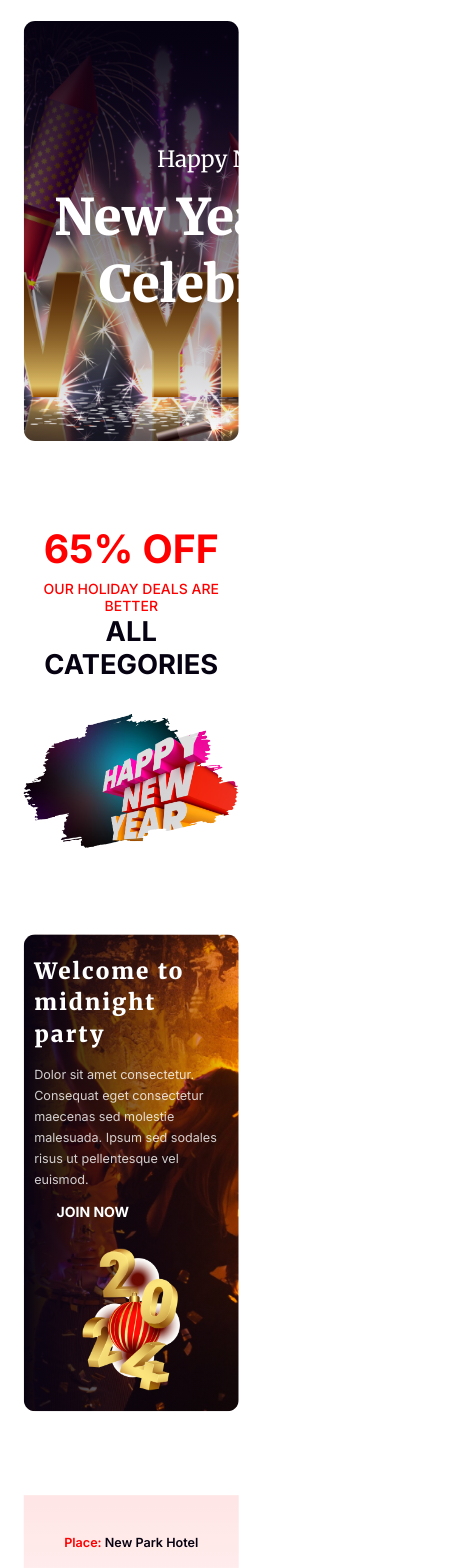
Repository: ShouravAhammed/simple-responsive-new-year
Page: index.html
These files come from the project's save history. The page is drawn as it stood at one moment and after the next save; the edit follows.
The browser window is 375 px wide. The page is 666 px wide, so the pictures cover 666 px, including what lies to the right of the window. The pictures show the part of the page from y = 0 to 2240 px (the page is 9349 px tall), at 70% of full size.

Above is the page before, as saved 2024-01-11 17:08:12.

### index.html
<!DOCTYPE html>
<html lang="en">
<head>
    <meta charset="UTF-8">
    <meta name="viewport" content="width=device-width, initial-scale=1.0">
    <!-- Title  -->
    <title>New Year 2024</title>
    <!-- favicon icon linked -->
    <link rel="shortcut icon" href="images/New Year Photo.png" type="image/x-icon">
    <!-- style css linked-->
    <link rel="stylesheet" href="Style/style.css">
</head>
<body>
    <!-- header part  -->
    <header>
        <!-- banner section part -->
        <section id="banner">
            <div class="container">
                <div class="banner-container">
                    <div class="banner-content">
                        <h3 class="celebration">Happy New Year</h3>
                        <h2 class="banner-title">New Year Party Celebration</h2>
                    </div>
                </div>
            </div>
        </section>
    </header>
    <!-- main part -->
    <main>
        <!-- categories section part  -->
            <section id="categories">
                <div class="container">
                    <div class="categories-container">
                        <h2 class="categories-discount">65% OFF</h2>
                        <p class="primary-summery">OUR HOLIDAY DEALS ARE BETTER</p>
                        <h3 class="categories-title">ALL CATEGORIES</h3>
                        <div class="categories-img">
                            <img id="new-year-img" src="images/New Year Photo.png" alt="Happy New Year">
                        </div>
                    </div>
                </div>
            </section>

            <!-- party-banner section part -->
            <section id="party-banner">
                <div class="container">
                    <div class="party-container">
                        <div class="party-content">
                            <h2 class="party-title">Welcome to midnight party</h2>
                            <p class="party-description">Dolor sit amet consectetur. Consequat eget consectetur maecenas sed molestie malesuada. Ipsum sed sodales risus ut pellentesque vel euismod. </p>
                            <button id="join-now-btn">JOIN NOW</button>
                        </div>
                        <img class="party-img" src="images/icon/Group 70.png" alt="party-img">
                    </div>
                </div>
            </section>
            <!-- Announce section part -->
            <section id="announce">
                <div class="container">
                    <div class="announce-content">
                        <h4 class="announce-title"><span class="title-color">Place:</span> New Park Hotel</h4>
                        <h4 class="announce-title"><span class="title-color">Date:</span> 31 December Night 2023</h4>
                        <h4 class="announce-title"><span class="title-color">Time:</span> Evening 7.30 pm to 12.30 am</h4>
                        <button class="announce-btn">Join Now</button>
                    </div>
                </div>
            </section>
            <!-- best offer section part -->
            <section id="best-offer">
                <div class="container">
                    <div class="best-offer-container">
                        <div class="best-offer-content">
                            <p class="primary-summery">NEW BEST OFFER</p>
                            <h3 class="similer-title">Coming Soon</h3>
                            <p class="similer-description">Dolor sit amet consectetur. Consequat eget consectetur maecenas sed molestie malesuada. Ipsum sed sodales risus ut pellentesque vel euismod. </p>
                        </div>
                        <div class="best-offer-img-content">

                                <img class="best-offer-img" src="images/Ellipse 1.png" alt="best-offer-images">

                        </div>
                        <div class="best-offer-year-content">
                            <h3 class="best-offer-year">2024</h3>
                            <p class="best-offer-description">Dolor sit amet consectetur. Consequat eget consectetur maecenas sed.</p>
                            <img class="best-offer-year-img" src="images/icon/Group 96.png" alt="best-offer-year-img">
                        </div>
                    </div>
                </div>
            </section>
            <!-- holiday section part  -->
            <section id="holiday" >
                <div class="container">
                    <div class="holiday-container">
                        <div class="holiday-content">
                            <p class="primary-summery">WHAT IS FUNCTIONAL</p>
                        <h3 class="similer-title"><span class="title-color">Holidays</span> Sale 50%</h3>
                        <p class="similer-description">Dolor sit amet consectetur. Consequat eget consectetur maecenas sed molestie malesuada. Ipsum sed
                            sodales risus ut pellentesque vel euismod. Eleifend nunc purus quam id
                            fermentum amet amet sit consectetur.</p>
                        </div>
                        <div class="holiday-back-img">
                            <div class="holiday-gift-content">
                                <img src="images/icon/Group 75.png" alt="">
                            </div>
                            <div class="holiday-discount-content">
                                <img src="images/icon/Group 44.png" alt="">
                            </div>
                        </div>
                        <div class="holiday-bottom">
                            <img src="images/Rectangle 2.png" alt="">
                        </div>
                    </div>
                </div>
            </section>
            <!-- Portfolio section part -->

            <section id="portfolio">
                <div class="container">
                    <div class="portfolio-container">
                        <div class="portfolio-box">
                            <p class="primary-summery">THE BEST GIFTS</p>
                            <h3 class="similer-title">Our Awesome Portfolio</h3>
                            <p class="similer-description description-padd">Dolor sit amet consectetur. Consequat eget consectetur maecenas sed molestie malesuada. Ipsum sed sodales risus ut pellentesque vel euismod. </p>
                        </div>
                            <div class="portfolio-content">
                                <img class="portfolio-img" src="images/Portfolio images/Rectangle 3.png" alt="">
                                <img class="portfolio-img" src="images/Portfolio images/Rectangle 4.png" alt="">
                                <img class="portfolio-img" src="images/Portfolio images/Rectangle 5.png" alt="">
                            </div>
                            <div class="portfolio-content">
                                <img class="portfolio-img" src="images/Portfolio images/Rectangle 6.png" alt="">
                                <img class="portfolio-img" src="images/Portfolio images/Rectangle 7.png" alt="">
                                <img class="portfolio-img" src="images/Portfolio images/Rectangle 8.png" alt="">
                            </div>
                        </div>
                    </div>
            </section>
            <!-- newsletter section part -->
            <section id="newsletter">
                <div class="container">
                    <div class="news-container">
                        <div class="news-content">
                            <img src="images/icon/Group 61.png" alt="">
                            <h3 class="similer-title">Subscribe Newsletter</h3>
                            <p class="similer-description description-mar">Dolor sit amet consectetur. Consequat eget consectetur maecenas sed molestie malesuada. Ipsum sed sodales risus ut pellentesque vel euismod. </p>
                            <form class="form" action="">
                                <input type="email" placeholder="user@gmail.com" alt="email" id="">
                                <button class="subscribe-btn">Subscribe</button>
                            </form>
                        </div>

                    </div>
                </div>
            </section>
    </main>
    <!--  footer part -->
    <footer>
        <section id="footer">
            <div class="container">
                <div class="footer-describe-part line-color">
                    <div class="footer-address">
                        <p class="address-similer">44, Big Building Roosevelt Street</p>
                        <p class="address-similer">Beach Gardens Florida 33410</p>
                    </div>
                    <div class="footer-address">
                        <div class="call-icon">
                            <img src="images/icon/Call.png" alt="">
                            <a class="address-similer">+00 123 584 124</a>
                        </div>
                        <div class="website-icon">
                            <img src="images/icon/Website.png" alt="">
                            <a class="address-similer">www.website.com</a>
                        </div>
                    </div>
                </div>

                <div class="footer-social line-color">
                    <a href=""><img src="images/icon/Facebook.png" alt=""></a>
                    <a href=""><img src="images/icon/Instagram.png" alt=""></a>
                    <a href=""><img src="images/icon/Twitter.png" alt=""></a>
                    <a href=""><img src="images/icon/Linkedin.png" alt=""></a>
                </div>

                <div class="reserved">
                    <p>2017, All Rights Reserved.</p>
                    <p>Unsubscribe</p>
                </div>
            </div>
        </section>
    </footer>
</body>
</html>

### Style/style.css
/* import google fonts */
@import url('https://fonts.googleapis.com/css2?family=Inter:wght@100;200;300;400;500;600;700;800;900&family=Merriweather:ital,wght@0,300;0,400;0,700;0,900;1,300;1,400;1,700;1,900&display=swap');

*{
    margin: 0;
    padding: 0;
    outline: 0;
}

.container{
    width: 82%;
    margin: 0 auto;
}
/* primary content */
.primary-summery{
    font-family: Inter;
    font-size: 24px;
    font-style: normal;
    font-weight: 500;
    color: #F00;
    line-height: normal;
}
/* title-color */
.title-color{
    color: #F00;
}
/* banner section related css style */
#banner{
    margin-top: 30px;
}
.banner-container{
    background-image: linear-gradient(180deg, #070211 0%, rgba(7, 2, 17, 0.00) 100%), url(../images/Banner\ Image.png);
    background-size: cover;
    background-repeat: no-repeat;
    background-position: center;
    border-radius: 16px;
    padding: 177px 0px;
}
.banner-container .banner-content{
    width: 632px;
    margin: 0 auto;
}
.banner-container .banner-content .celebration{
    color: #FFF;
    text-align: center;
    font-family: Merriweather;
    font-size: 32px;
    font-style: normal;
    font-weight: 400;
    line-height: normal;
    margin-bottom: 16px;
    z-index: 99;
}
.banner-container .banner-content .banner-title{
    color: #FFF;
    text-align: center;
    font-family: Merriweather;
    font-size: 72px;
    font-style: normal;
    font-weight: 900;
    line-height: 95px;
}
/* categories section related css style */

#categories{
    margin: 120px 0px;
}
.categories-container{
    text-align: center;
}
.categories-container .categories-discount{
    font-family: Inter;
    font-size: 88px;
    font-style: normal;
    font-weight: 700;
    color: #F00;
    line-height: normal;
    margin-bottom: 48px;
}

.categories-title{
    font-family: Inter;
    font-size: 48px;
    font-style: normal;
    font-weight: 700;
    color: #070211;
    line-height: normal;
    margin-bottom: 48px;
}
.categories-container .categories-img{
    width: 800px;
    margin: 0 auto;
}
.categories-img #new-year-img{
    max-width: 100%;
}

/* party-banner section css style  */
#party-banner{

}
.party-container{
    background-image: linear-gradient(90deg, #070211 0%, rgba(7, 2, 17, 0.00) 100%), url(../images/Vectorrr.png);
    background-position: center;
    background-repeat: no-repeat;
    background-size: cover;
    display: flex;
    align-items: center;
    justify-content: space-between;
    border-radius: 16px;
    padding: 70px 70px;
}
.party-container .party-content{
    width: 900px;
}
.party-content .party-title{
    font-family: Merriweather;
    font-size: 64px;
    font-style: normal;
    font-weight: 900;
    color: #FFF;
    line-height: 88px;
    letter-spacing: 3px;
}
.party-content .party-description{
    font-family: Inter;
    font-size: 18px;
    font-style: normal;
    font-weight: 400;
    color: rgba(255, 255, 255, 0.80);
    line-height: 30px;
    margin-top: 20px;
}
#join-now-btn{
    font-family: Inter;
    font-size: 20px;
    font-style: normal;
    font-weight: 700;
    color: #FFF;
    background: transparent;
    line-height: normal;
    text-transform: uppercase;
    border: none;
    cursor: pointer;
    margin-top: 48px;
    margin-left: 32px;
}
.party-container .party-img{
    width: 270px;
    max-width: 100%;
}

/* Announce section css style */

#announce{
    margin: 120px 0px;
}
.announce-content{
    background: linear-gradient(180deg, rgba(255, 0, 0, 0.10) 0%, rgba(255, 0, 0, 0.00) 100%);
    padding: 100px 0;
    text-align: center;
}
.announce-content .announce-title{
    color: #070211;
    font-family: Inter;
    font-size: 32px;
    font-style: normal;
    font-weight: 600;
    line-height: 56px;
    text-transform: capitalize;
}
.announce-btn{
    font-family: Inter;
    font-size: 20px;
    font-style: normal;
    font-weight: 700;
    line-height: normal;
    color: #FFF;
    text-align: center;
    text-transform: uppercase;
    border-radius: 8px;
    background: #F00;
    padding: 16px 32px;
    border: none;
    cursor: pointer;
    transition: all ease 0.5s;
    margin-top: 48px;
}
.announce-btn:hover{
    background: #fff;
    color: #f00;
    outline: 1px solid #F00;
}
/* best-offer section style css */
#best-offer{
    margin-bottom: 128px;
}
.similer-title{
    font-family: Inter;
    font-size: 48px;
    font-style: normal;
    font-weight: 700;
    color: #070211;
    line-height: normal;
}
.similer-description{
    font-family: Inter;
    font-size: 20px;
    font-style: normal;
    font-weight: 400;
    color: rgba(7, 2, 17, 0.60);
    line-height: 32px;
    margin-top: 22px;
}
.best-offer-container{
    display: flex;
    align-items: center;
    gap: 20px;
}
.best-offer-content{
    width: 700px;
}
.best-offer-img-content{
    min-height: 350px;
    min-width: 350px;
    border: 15px solid #f00;
    border-radius: 50%;
    position: relative;
    position: relative;
}
.best-offer-img-content .best-offer-img{
    position: absolute;
    width: 270px;
    inset: 41px;
}
.best-offer-year-content .best-offer-year{
    font-family: Inter;
    font-size: 48px;
    font-style: normal;
    font-weight: 700;
    color: #F00;
    line-height: normal;
    margin-top: 65px;
}
.best-offer-year-content .best-offer-description{
    margin-top: 10px !important;

}
.best-offer-year-content{
    width: 500px;
}
.best-offer-year-content .best-offer-year-img{
    max-width: 140px;
    margin-top: 38px;
}


/*  portfolio section css style */
.portfolio-container{

}
.portfolio-container .description-padd{
    margin-bottom: 48px ;
}
.portfolio-container .portfolio-content{
    display: flex;
    align-items: center;
    justify-content: space-between;
    margin-top: 20px;
}
.portfolio-box{
    width: 896px;
}
.portfolio-container .portfolio-content .portfolio-img{
    max-width: 355px;
    transition: all ease 0.5s;
}
.portfolio-content .portfolio-img:hover{
    filter: grayscale(1);
    transform: scale(1.05);
}
/* newsletter section css style  */
#newsletter{
    margin: 128px 0px;
}
.news-container{
    border-radius: 16px;
    background: rgba(255, 0, 0, 0.05);
    padding: 80px 0px;
}
.news-content{
    width: 896px;
    margin: 0 auto;
    text-align: center;
}
.news-content img{
    width: 150px;
    height: 150px;
}
.form{
    width: 648px;
    height: 72px;
    display: flex;
    margin: 0 auto;
}
.form input{
    background: #fff;
    width: 438px;
    flex-grow: 1;
    color: rgba(7, 2, 17, 0.30);
    font-family: Inter;
    font-size: 18px;
    font-style: normal;
    font-weight: 400;
    line-height: normal;
    padding-top: 25px;
    padding-bottom: 25px;
    padding-left: 30px;
    border: none;
    border-radius: 50px 0px 0px 50px;
    outline: 1px transparent;
    transition: all ease 0.5s;
}
.form input:hover{
    outline: 1px solid #f00;
}
.form .subscribe-btn{
    color: #FFF;
    font-family: Inter;
    font-size: 20px;
    font-style: normal;
    font-weight: 600;
    line-height: normal;
    text-transform: capitalize;
    border-radius: 0px 50px 50px 0px;
    background: #F00;
    padding: 24px 56px;
    border: none;
    transition: all ease 0.5s;
}
.form .subscribe-btn:hover{
    outline: 1px solid #f00;
    background: #fff;
    color: #f00;
}
.description-mar{
    margin-bottom: 48px;
}
/* footer section part css style */

#footer{
    background: #070211;
    padding: 120px 0;
}
.line-color{
    border-bottom: 1px solid rgba(255, 255, 255, 0.15);
}
.footer-describe-part{
    display: flex;
    justify-content: space-between;
}
.footer-address{
    margin-bottom: 50px;
}
.footer-address .address-similer {
    color: #FFF;
    font-family: Inter;
    font-size: 24px;
    font-style: normal;
    font-weight: 500;
    line-height: 40px;
    text-decoration: none;
    cursor: pointer;
}
.call-icon, .website-icon{
    display: flex;
    align-items: center;
}
.call-icon img, .website-icon img{
    width: 24px;
    margin-right: 15px;
}

.footer-social{
    text-align: center;
    padding: 48px 0;
}
.footer-social a{
    width: 64px;
    margin-right: 24px;
}
.footer-social a:hover{
    filter: grayscale(1);
}

.reserved{
    display: flex;
    justify-content: space-between;
    align-items: center;
    margin-top: 50px;
}
.reserved p{
    color: #FFF;
    font-family: Inter;
    font-size: 24px;
    font-style: normal;
    font-weight: 500;
    line-height: normal;
}



/* holiday section css style */
#holiday{
    margin-bottom: 128px;
}
.holiday-container{
    text-align: center;
}
.holiday-container .holiday-content{
    width: 920px;
    margin: 0 auto;
}
.holiday-back-img{
    display: flex;
    align-items: center;
    margin-top: 48px;
    background-image: url(../images/Rectangle\ 1.png);
    background-repeat: no-repeat;
    background-size: contain;
    height: 60vh;
    background-position: bottom right;
}
.holiday-back-img .holiday-gift-content {
    width: 600px;
    position: relative;
    bottom: -110px;
    left: 50px;
}
.holiday-back-img .holiday-gift-content img{
    max-width: 100%;
}
.holiday-back-img .holiday-discount-content{
    width: 250px;
}
.holiday-back-img .holiday-discount-content img{
    max-width: 100%;
}
.holiday-bottom img{
    width: 100%;
}


/* responsive */
.hide{
    display: none;
}
@media screen and (max-width: 576px){
    .similer-description {
        padding: 0px 10px;
    }
    .news-content, .portfolio-box, .form, .form input {
        width:  100%;
    }
    .form .subscribe-btn {
        padding: 24px 20px;
    }
    .best-offer-container, .best-offer-container, .portfolio-container .portfolio-content, .footer-describe-part {
        flex-direction: column;
    }
    .footer-social a {
        margin-right: 10px;
    }
    .reserved {
        margin-top: 50px;
        flex-direction: column;
    }
    .portfolio-container .portfolio-content .portfolio-img {
        width: 100%;
    }
    .portfolio-container .portfolio-content {
        gap: 20px;
    }
    .holiday-container .holiday-content {
        width: 100%;
    }
    .holiday-back-img {
        height: 38vh;
    }
    .best-offer-content, .best-offer-year-content {
        width: 100%;
    }
    .announce-content {
        padding: 40px 0;
    }
    .announce-content .announce-title {
        font-size: 18px;
        font-weight: 600;
    }
    .party-container .party-content {
        width: 100%;
    }
    .party-container {
        flex-direction: column;
        padding: 30px 15px;
    }
    .party-container {
        background-position: 85%;
    }
    .party-content .party-title {
        font-size: 32px;
        line-height: 45px;
    }
    #join-now-btn {
        margin-top: 20px;
    }
    .party-container .party-img {
        width: 50%;
        margin-top: 40px;
    }


    .primary-summery {
        font-size: 20px;
    }
    .categories-title {
        font-size: 39px;
    }
    .categories-container .categories-discount {
        font-size: 56px;
        margin-bottom: 12px;
    }
    .categories-container .categories-img {
        width: 100%;
    }
    .categories-img #new-year-img {
        width: 100%;
    }

}

After the next save:
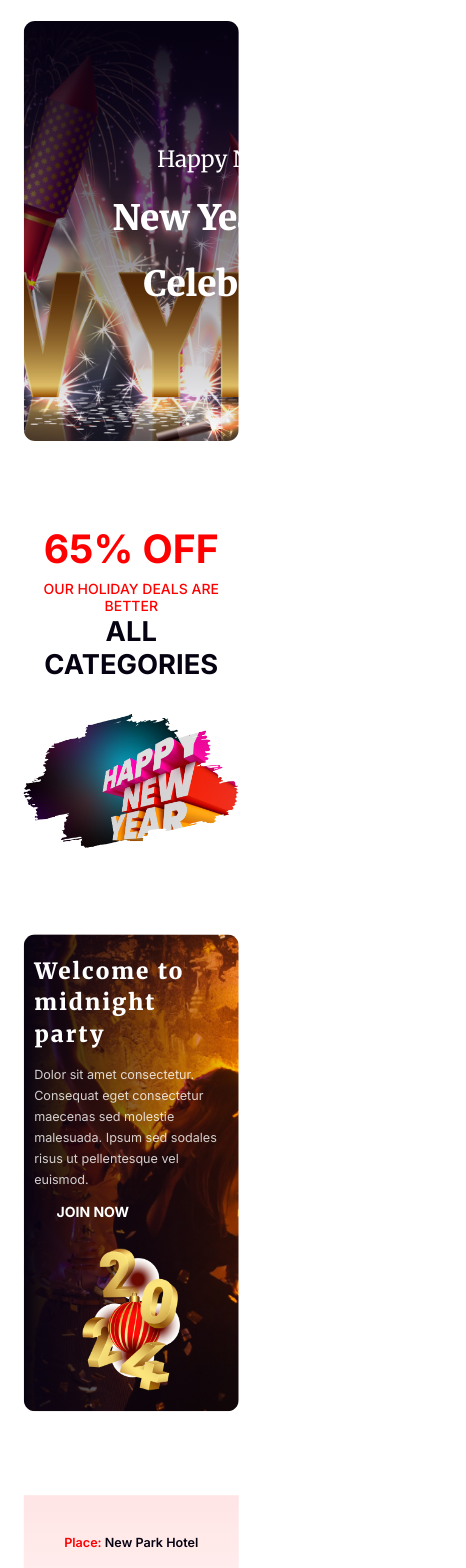
Saved 71 s later.
--- a/Style/style.css
+++ b/Style/style.css
@@ -537,4 +537,8 @@
         width: 100%;
     }
 
-}
+    .banner-container .banner-content .banner-title {
+        font-size: 50px;
+
+}
+}
